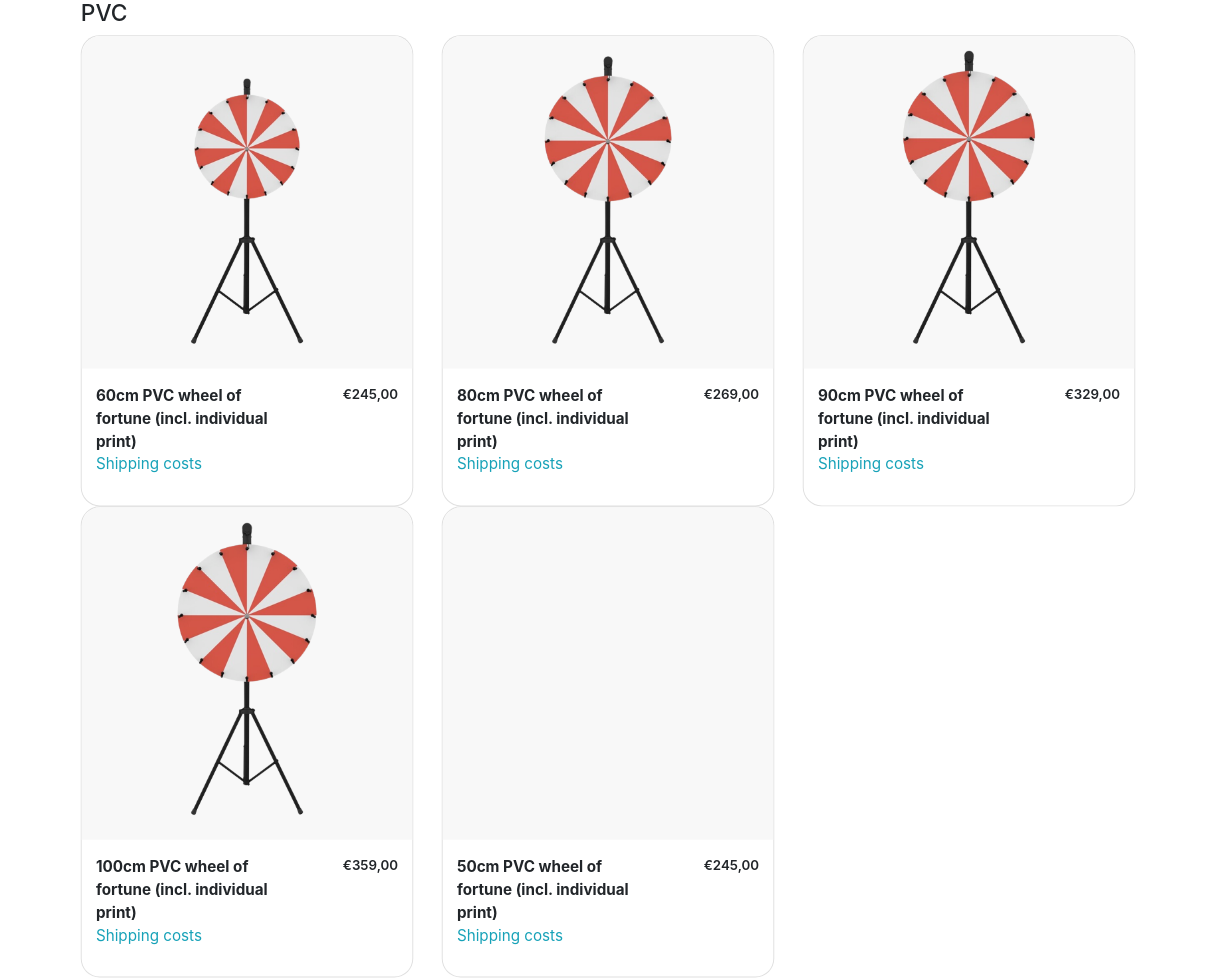
Repository: Awaisp-irfan/fahad-project
Page: pvc.html
These files come from the project's save history. The page is drawn as it stood at one moment and after the next save; the edit follows.
The browser window is 1280 px wide. The pictures show the whole page, at 95% of full size.

Above is the page before, as saved 2022-06-30 09:33:17.

### pvc.html
<!DOCTYPE html>
<html lang="en">
  <head>
    <meta charset="UTF-8" />
    <meta http-equiv="X-UA-Compatible" content="IE=edge" />
    <meta name="viewport" content="width=device-width, initial-scale=1.0" />
    <link
      rel="stylesheet"
      href="https://cdn.jsdelivr.net/npm/bootstrap@4.6.1/dist/css/bootstrap.min.css"
      integrity="sha384-zCbKRCUGaJDkqS1kPbPd7TveP5iyJE0EjAuZQTgFLD2ylzuqKfdKlfG/eSrtxUkn"
      crossorigin="anonymous"
    />

    <link rel="stylesheet" href="./style.css" />
    <title>Document</title>
  </head>
  <body>
    <div class="container">
      <div class="row">
        <div class="col-lg-12">
          <h4 class="heading">PVC</h4>
        </div>
      </div>

      <div class="row">
        <div class="col-lg-4 col-md-6 col-12">
          <div class="card">
            <div class="img-div">
              <div class="cm60-img"></div>
            </div>
            <div class="cm60-content d-flex justify-content-between my-lg-3">
              <div class="col-8">
                <p class="title">60cm PVC wheel of fortune (incl. individual print)</p>
                <p class="text-info">Shipping costs</p>
              </div>
              <div class="col-4 ">
                <p class="price">
                    €245,00
              </p></div>
            </div>
          </div>
        </div>
        <div class="col-lg-4 col-md-6 col-12">
            <div class="card">
              <div class="img-div">
                <div class="cm80-img"></div>
              </div>
              <div class="cm60-content d-flex justify-content-between my-lg-3">
                <div class="col-8">
                  <p class="title">80cm PVC wheel of fortune (incl. individual print)</p>
                  <p class="text-info">Shipping costs</p>
                </div>
                <div class="col-4 ">
                  <p class="price">
                      €269,00
                </p></div>
              </div>
            </div>
          </div>
          <div class="col-lg-4 col-md-6 col-12">
            <div class="card">
              <div class="img-div">
                <div class="cm90-img"></div>
              </div>
              <div class="cm60-content d-flex justify-content-between my-lg-3">
                <div class="col-8">
                  <p class="title">90cm PVC wheel of fortune (incl. individual print)</p>
                  <p class="text-info">Shipping costs</p>
                </div>
                <div class="col-4 ">
                  <p class="price">
                      €329,00
                </p></div>
              </div>
            </div>
          </div>
          <div class="col-lg-4 col-md-6 col-12">
            <div class="card">
              <div class="img-div">
                <div class="cm100-img"></div>
              </div>
              <div class="cm60-content d-flex justify-content-between my-lg-3">
                <div class="col-8">
                  <p class="title">100cm PVC wheel of fortune (incl. individual print)</p>
                  <p class="text-info">Shipping costs</p>
                </div>
                <div class="col-4 ">
                  <p class="price">
                      €359,00
                </p></div>
              </div>
            </div>
          </div>
          <div class="col-lg-4 col-md-6 col-12">
            <div class="card">
              <div class="img-div">
                <div class="cm50-img"></div>
              </div>
              <div class="cm60-content d-flex justify-content-between my-lg-3">
                <div class="col-8">
                  <p class="title">50cm PVC wheel of fortune (incl. individual print)</p>
                  <p class="text-info">Shipping costs</p>
                </div>
                <div class="col-4 ">
                  <p class="price">
                      €245,00
                </p></div>
              </div>
            </div>
          </div>
      </div>
    </div>
  </body>
</html>

### style.css
.pvc{
    background-image: url(./assests/2289977149.jpg);
    background-size: cover;
    background-position: center;
    background-repeat: no-repeat;
    height: 100%;
    border-radius: 20px;
}

.col-lg-4>a > .img-div{
    height: 400px;
    border-radius: 20px;
}
.card{
    border-radius: 20px;
}
.card>.img-div{
    height: 350px;
    border-top-left-radius: 20px;
    border-top-right-radius: 20px;
    background-color: rgb(248, 248, 248);
}
.wooden{
    background-image: url(./assests/wooden.jpg);
    background-size: cover;
    background-position: center;
    background-repeat: no-repeat;
    height: 100%;
    border-radius: 20px;
}

.display{
    background-image: url(./assests/display.jpg);
    background-size: cover;
    background-position: center;
    background-repeat: no-repeat;
    height: 100%;
    border-radius: 20px;
}
.cm60-img{
    background: url(./assests/60cm_PVC-removebg-preview.png);

    background-size: cover;
    background-position: center;
    background-repeat: no-repeat;
    height: 100%;
    border-radius: 20px;
}

.cm80-img{
    background: url(./assests/80cm_PVC-removebg-preview.png);

    background-size: cover;
    background-position: center;
    background-repeat: no-repeat;
    height: 100%;
    border-radius: 20px;
}

.cm90-img{
    background: url(./assests/90cm_PVC-removebg-preview.png);

    background-size: cover;
    background-position: center;
    background-repeat: no-repeat;
    height: 100%;
    border-radius: 20px;
}
.cm100-img{
    background: url(./assests/100cm_PVC-removebg-preview.png);

    background-size: cover;
    background-position: center;
    background-repeat: no-repeat;
    height: 100%;
    border-radius: 20px;
}

.cm50{
    background: url(./assests//50cm\ PVC.png);

    background-size: cover;
    background-position: center;
    background-repeat: no-repeat;
    height: 100%;
    border-radius: 20px;
}

.title{
    font-weight: bold;
    font-size: 16px;
    margin: 0;
    padding: 0;
}

.price{
    font-size: 14px;
    font-weight: 600;
    text-align: right;
    margin: 0;
    padding: 0;
}

After the next save:
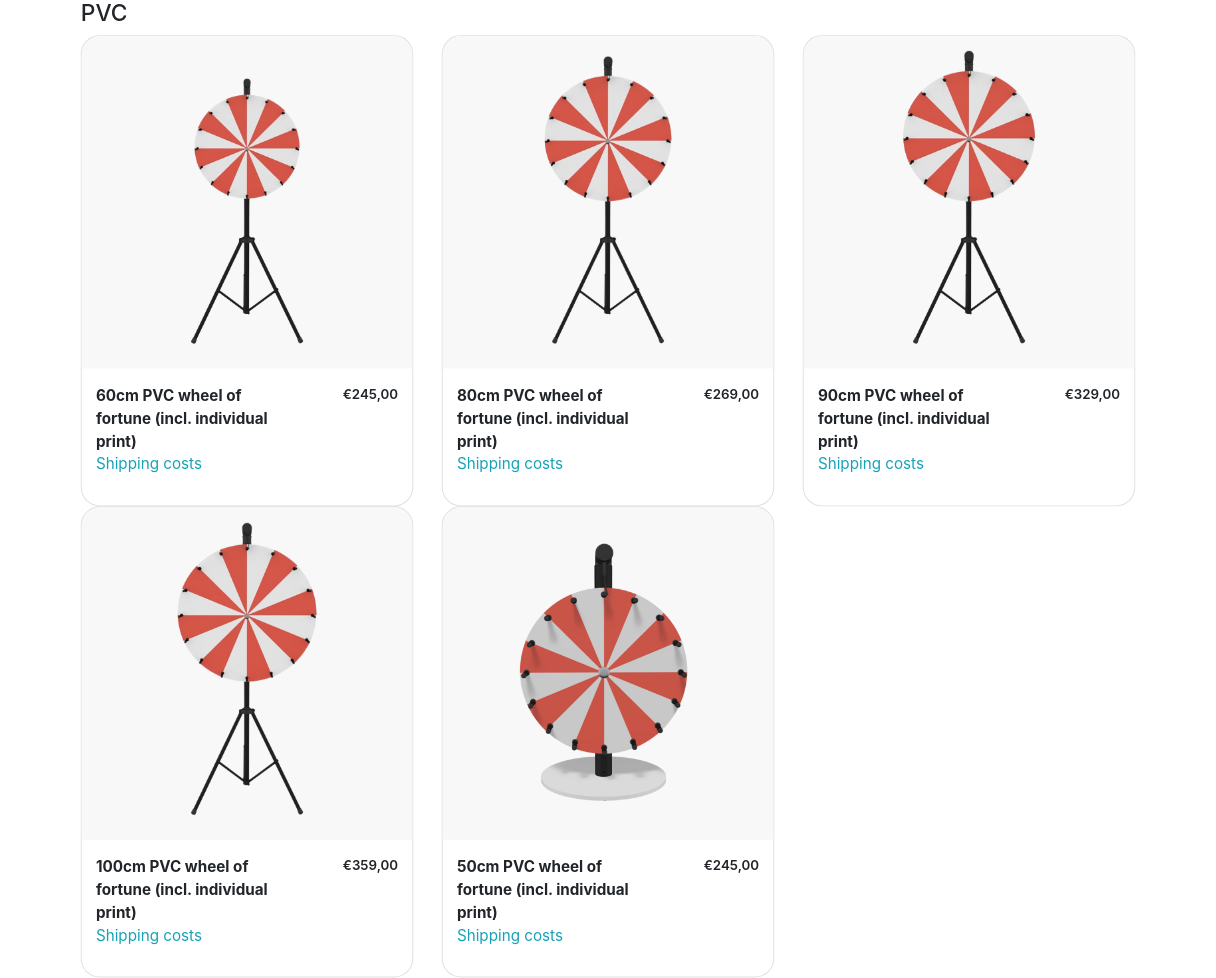
Saved 6 s later.
--- a/style.css
+++ b/style.css
@@ -76,7 +76,7 @@
     border-radius: 20px;
 }
 
-.cm50{
+.cm50-img{
     background: url(./assests//50cm\ PVC.png);
 
     background-size: cover;
